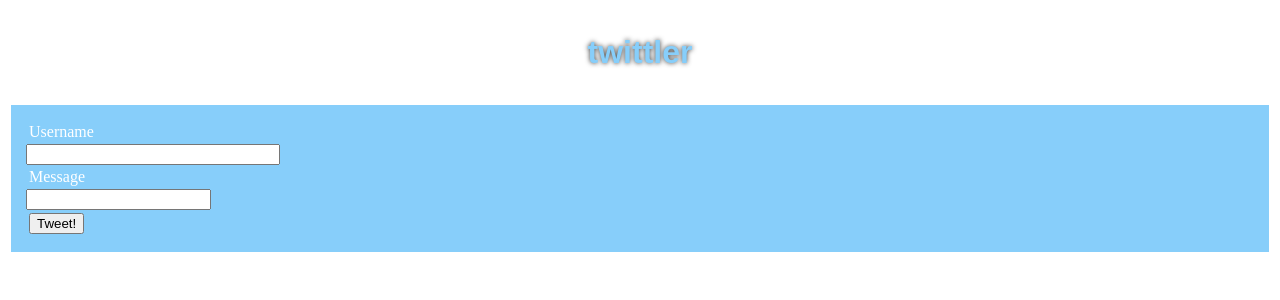
Repository: rlatlswo135/my_workstation
Page: im-sprint-twittler-master/index.html
An editor plug-in stored every save of this project. The page is shown before and after the next save, followed by the edit.
The browser window is 1280 px wide. The pictures show the whole page.

Above is the page before, as saved 2021-05-27 14:46:42.
Console error: TypeError: Cannot set properties of null (setting 'innerHTML')

After the next save:
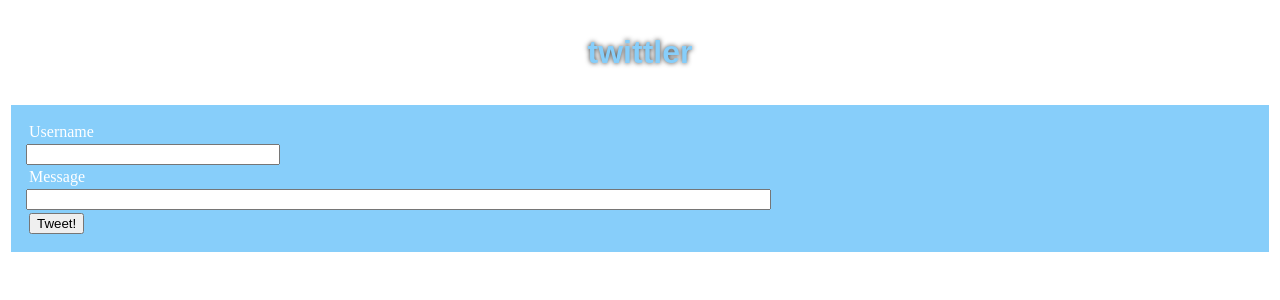
Saved 14 s later.
--- a/im-sprint-twittler-master/main.css
+++ b/im-sprint-twittler-master/main.css
@@ -26,3 +26,6 @@
 .UsernameBox {
   width: 20%;
 }
+.MessageBox {
+  width: 60%;
+}
